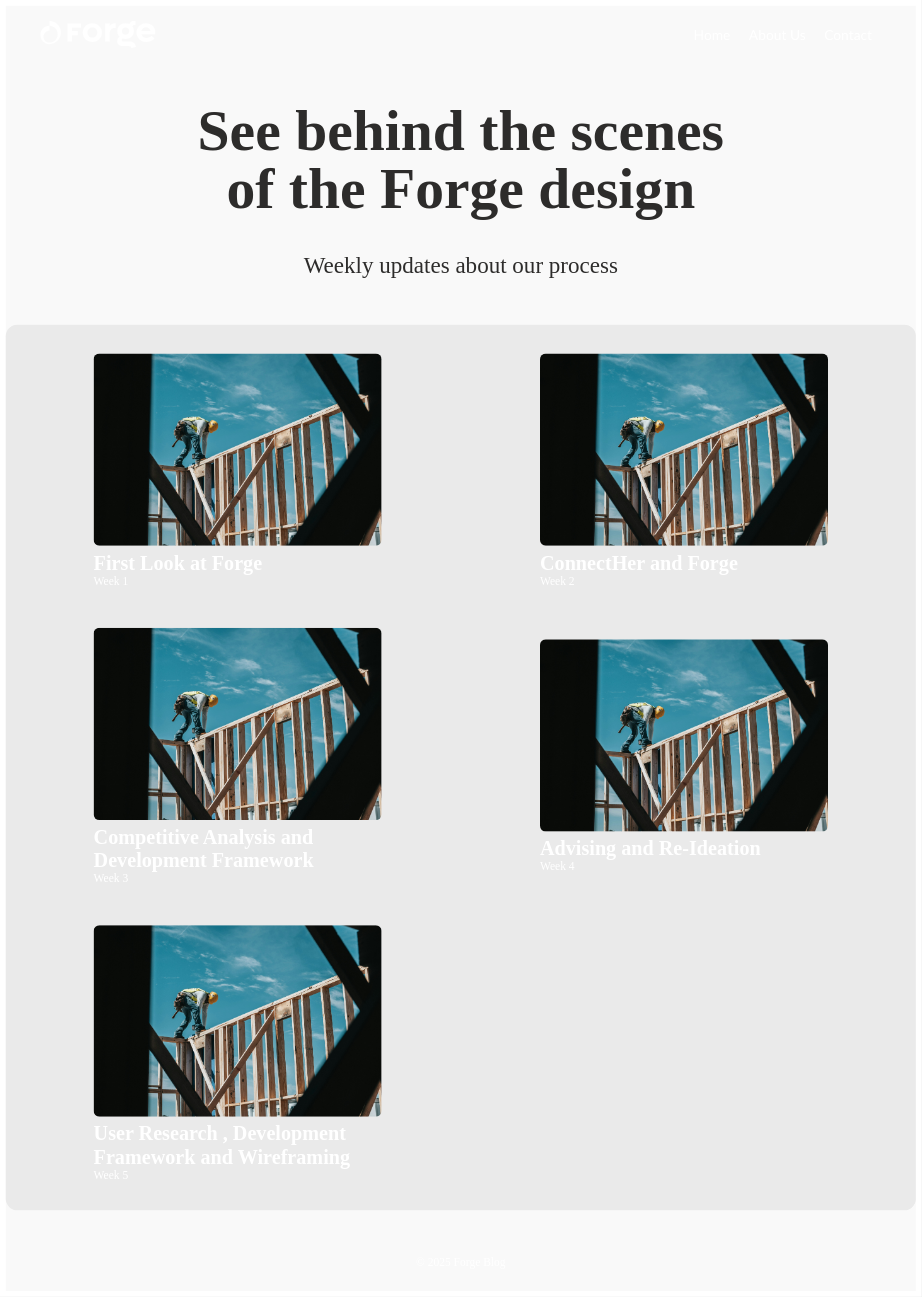
Repository: Forge-IDSP/Blog
Page: /
An editor plug-in stored every save of this project. The page is shown before and after the next save, followed by the edit.
The browser window is 1280 px wide. The pictures show the whole page, at 72% of full size.
The project was rebuilt for these pictures with package versions that can differ from the ones it lists, and the page was loaded fresh each time. Also part of the build but not shown: vite.config.js, src/index.css, src/pages/blogpost.module.css, src/pages/week1.jsx, src/pages/week2.jsx, src/pages/week3.jsx, src/pages/week4.jsx, src/pages/week5.jsx and 4 more.

Above is the page before, as saved 2025-10-27 12:58:13.

After the next save:
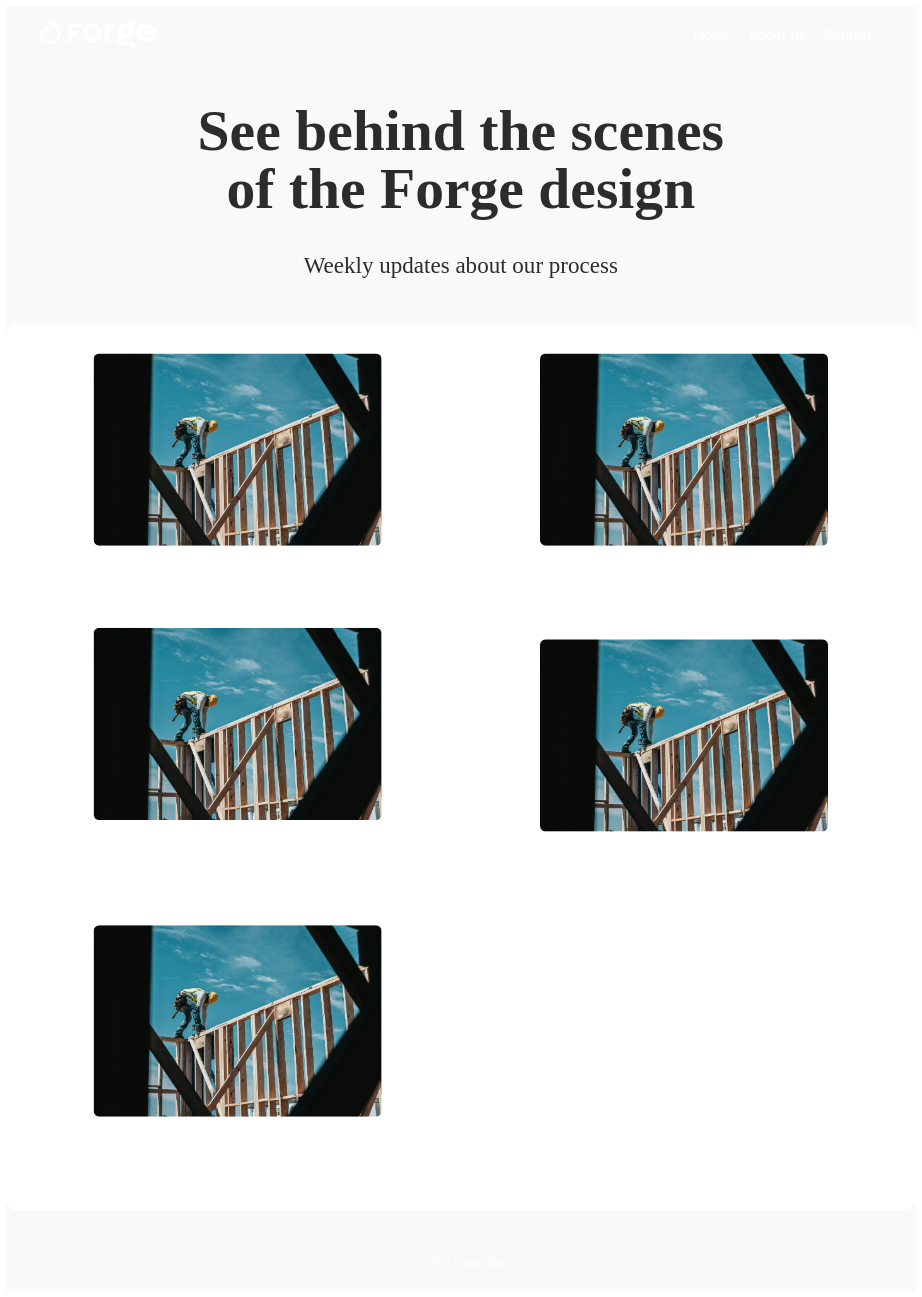
Saved 13 s later.
--- a/src/App.css
+++ b/src/App.css
@@ -62,7 +62,7 @@
     display: grid;
     grid-template-columns: repeat(3, 1fr);
     gap: 2rem;
-    background-color: var(--black-50);
+    background-color: var(--white);
     padding: 3rem;
     border-radius: 16px;
     align-items: center;
